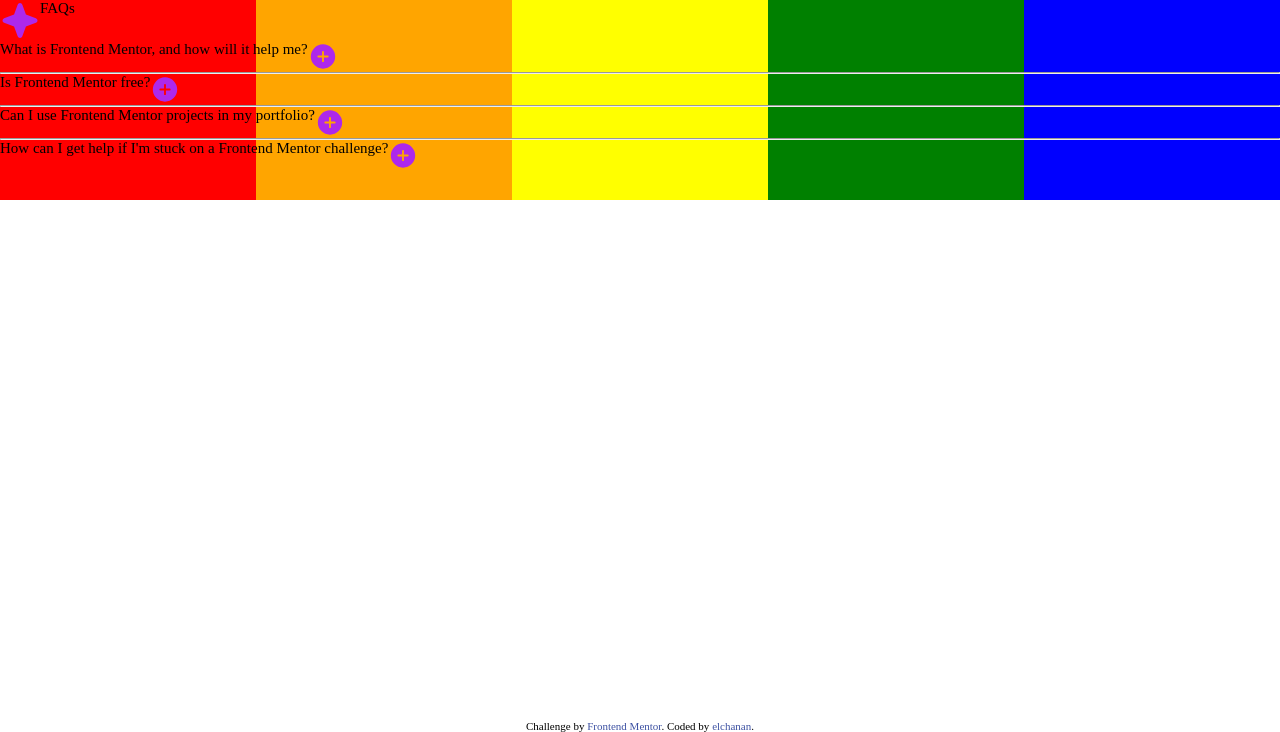
Repository: elchananChen/frontend-mentor-projects
Page: 2024/10/faQs/index.html
An editor plug-in stored every save of this project. The page is shown before and after the next save, followed by the edit.
The browser window is 1280 px wide. The pictures show the whole page.

Above is the page before, as saved 2024-10-13 05:38:17.

After the next save:
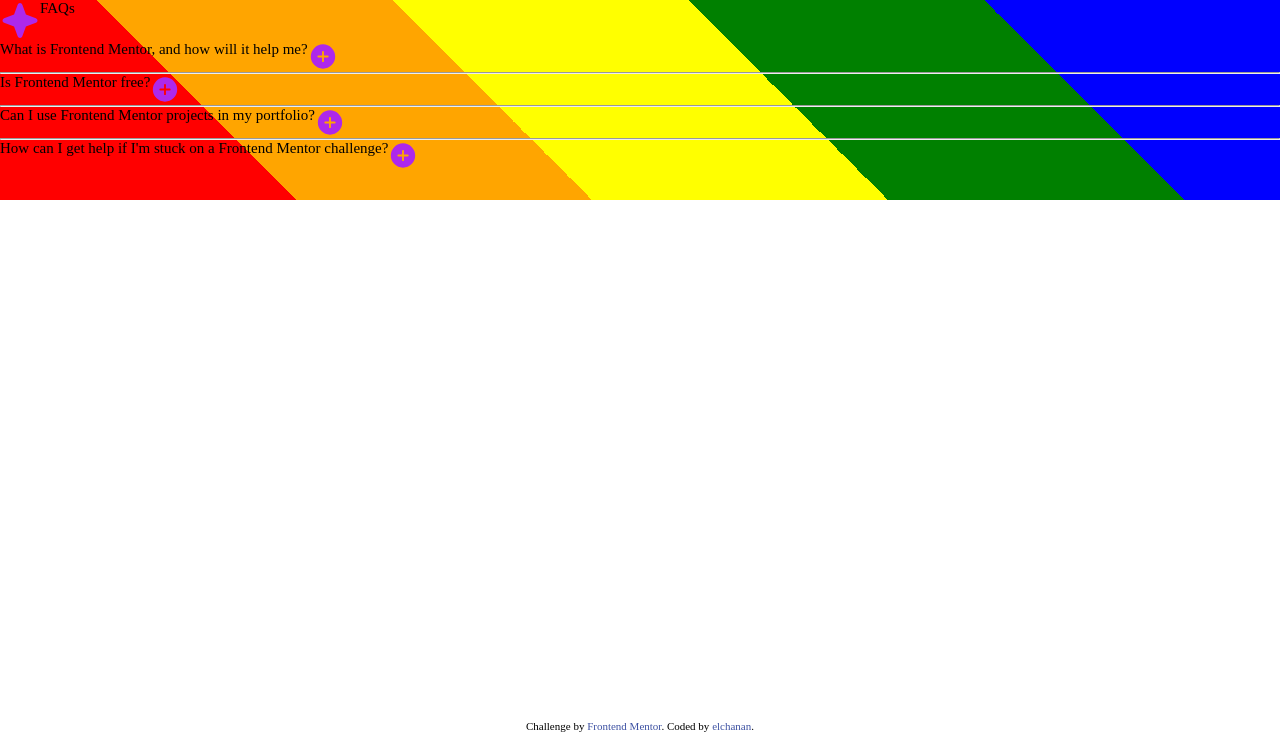
Saved 15 s later.
--- a/2024/10/faQs/style.css
+++ b/2024/10/faQs/style.css
@@ -13,7 +13,7 @@
   height: 200px;
   /* background: -moz-linear-gradient(left, blue 75%, white 25%); */
   background: linear-gradient(
-    to right,
+    45deg,
     red 20%,
     orange 20% 40%,
     yellow 40% 60%,

After the save that followed:
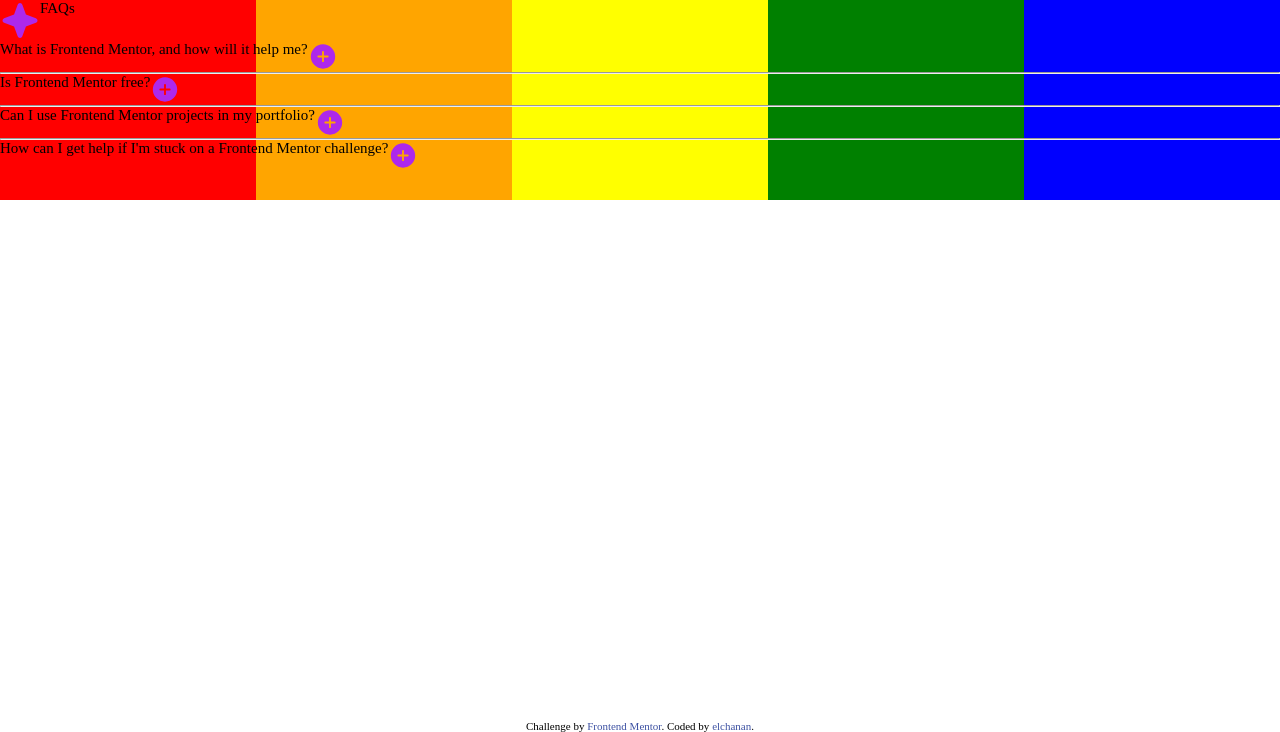
Saved 8 s later.
--- a/2024/10/faQs/style.css
+++ b/2024/10/faQs/style.css
@@ -13,7 +13,7 @@
   height: 200px;
   /* background: -moz-linear-gradient(left, blue 75%, white 25%); */
   background: linear-gradient(
-    45deg,
+    90deg,
     red 20%,
     orange 20% 40%,
     yellow 40% 60%,
